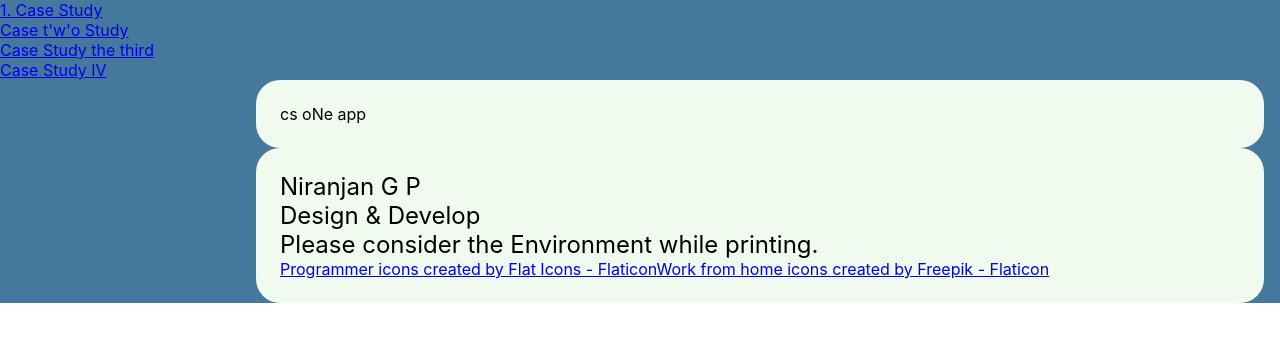
Repository: niranjangp/portfolioReact
Page: /cs-one
These files come from the project's save history. The page is drawn as it stood at one moment and after the next save; the edit follows.
The browser window is 1280 px wide. The pictures show the whole page.
The project was rebuilt for these pictures with package versions that can differ from the ones it lists, and the page was loaded fresh each time. Also part of the build but not shown: src/pages/enterDesign.jsx, src/pages/notFound.jsx.

Above is the page before, as saved 2022-02-01 00:16:30.

After the next save:
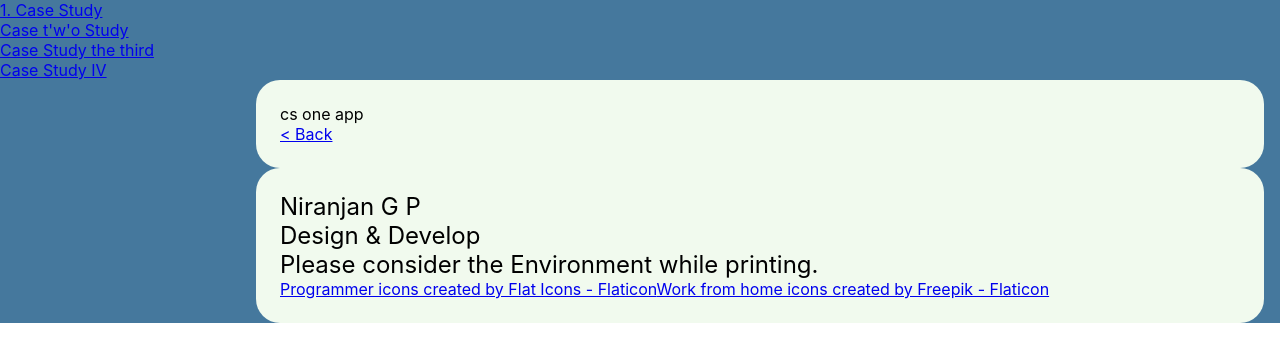
Saved 11 min 1 s later.
--- a/src/pages/csOne.jsx
+++ b/src/pages/csOne.jsx
@@ -1,8 +1,12 @@
 import React from 'react';
+import { Link } from 'react-router-dom';
 
 const csOne = () => {
   return (
-  <div>cs oNe app</div>
+    <React.Fragment>
+      <div>cs one app</div>
+      <div><Link to="/enter-the-design">{'< Back'}</Link></div>
+    </React.Fragment>
   )
 };
 
